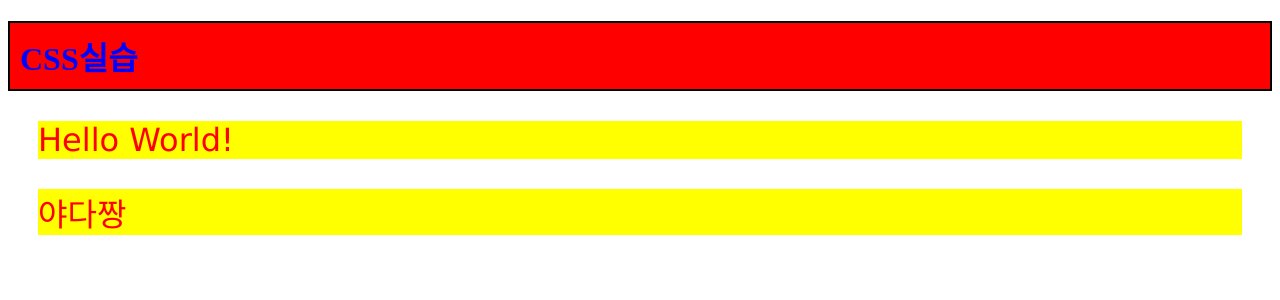
Repository: ashojm/WebWork
Page: Web/first.html
The author's editor kept a copy of each file at every save. The page is drawn from the files as they stood at one save, then again after the next save.
The browser window is 1280 px wide. The pictures show the whole page.

Above is the page before, as saved 2015-11-12 16:18:08.

After the next save:
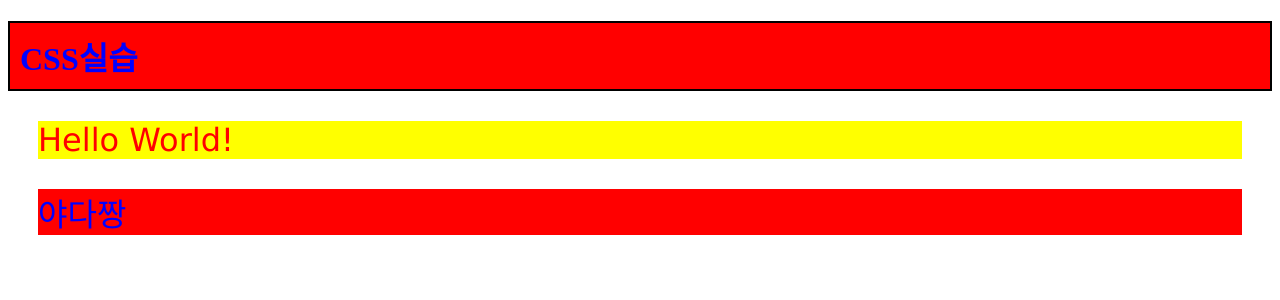
Saved 2 s later.
--- a/Web/css/base.css
+++ b/Web/css/base.css
@@ -1,2 +1,3 @@
 h1{color:#0000FF;font-family:serif;font-size:200%;background-color:red;border:2px solid black;padding:10px}
 p {color:red;font-size:200%;font-family:Verdana;background-color:yellow;margin:30px}
+p#yada {color:blue;background-color:red}
